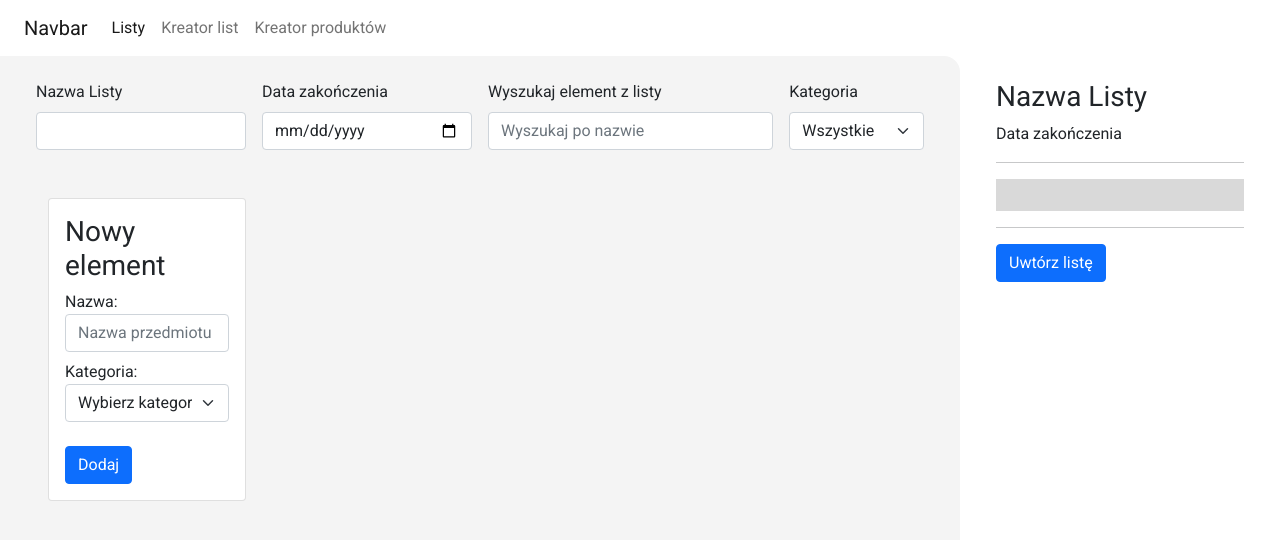
Repository: alphatra/Task-menager
Page: http://localhost/php/src/views/createList.php
An editor plug-in stored every save of this project. The page is shown before and after the next save, followed by the edit.
The browser window is 1280 px wide. The pictures show the whole page.
The page is run by PHP 8.4 with error messages shown; the project is at /var/www/html/. Queries for data that is not in the repository find no rows.

Above is the page before, as saved 2023-02-11 17:06:09.

### php/src/views/createList.php
<!DOCTYPE html>
<html lang="en">
<head>
    <meta charset="UTF-8">
    <meta http-equiv="X-UA-Compatible" content="IE=edge">
    <meta name="viewport" content="width=device-width, initial-scale=1.0">
    <title>Document</title>
    <script src="https://ajax.googleapis.com/ajax/libs/jquery/3.6.1/jquery.min.js"></script>
    <link href="https://cdn.jsdelivr.net/npm/bootstrap@5.0.2/dist/css/bootstrap.min.css" rel="stylesheet" integrity="sha384-EVSTQN3/azprG1Anm3QDgpJLIm9Nao0Yz1ztcQTwFspd3yD65VohhpuuCOmLASjC" crossorigin="anonymous">
    <script src="https://cdn.jsdelivr.net/npm/@popperjs/core@2.9.2/dist/umd/popper.min.js" integrity="sha384-IQsoLXl5PILFhosVNubq5LC7Qb9DXgDA9i+tQ8Zj3iwWAwPtgFTxbJ8NT4GN1R8p" crossorigin="anonymous"></script>
    <script src="https://cdn.jsdelivr.net/npm/bootstrap@5.0.2/dist/js/bootstrap.min.js" integrity="sha384-cVKIPhGWiC2Al4u+LWgxfKTRIcfu0JTxR+EQDz/bgldoEyl4H0zUF0QKbrJ0EcQF" crossorigin="anonymous"></script>
    <script>
        const catergories = {
            1: 'Elektronika',
            2: 'Meble',
            3: 'Kosmetyki',
            4: 'Jedzenie',
            5: 'Ubrania',
            6: 'Zabawki',
            7: 'Sport',
            8: 'Książki',
            9: 'Narzędzia',
            10: 'RTV'
        }

        console.log(catergories);
        $(document).ready(function() {
            const select = $('select');
            $.each(catergories, function(i, item) {
                $('select').append($("<option>", {
                    value: item,
                    text: item
                }))
                $('select').append($("<option>", {
                    value: item,
                    text: item
                }))
            });
            let _dataItems = [];
            let private_item = $(`<div class="col-xl-3 col-lg-4 col-md-6 col-12 mb-4">
                        <div class="card">
                            <div class="card-body">
                                <h3 class="card-title">Nowy element</h3>
                                Nazwa:
                                <input type="text" class="form-control mb-2" id="priv_item" placeholder="Nazwa przedmiotu">
                                Kategoria: <select id="inputState" class="form-select">
                                    <option selected>Wybierz kategorię</option>

                                    </select>
                                <input class="btn btn-primary mt-4" id="add_tolist" type="button" value="Dodaj">
                            </div>
                        </div>
                    </div>`);
    let loadData = (param,_category) => {
        $.ajax({
            url: '../controller.php',
            dataType: 'json',
            method: 'POST',
            data:{tablename:"products", search: param, category:_category},
            beforeSend: function() {
                $("#loading-image").show();
             },
            success: function(data) {
                console.log(data);
                let content = $('#objects').empty()
                content.append(private_item)
                let dataItems = JSON.parse(JSON.stringify(data))
                _dataItems = data
                dataItems = dataItems.map((item) => {
                    return $(`
                    <div class="col-lg-3 col-md-5 col-sm-5 mb-4">
      <div class="card">
        <div class="card-header img-atas" style="background-image: url('https://picsum.photos/300/100'); background-position: 50% 10%;">
        </div>
        <div class="card-body">
          <div class="row">
            <h5>${item.product_name}</h5>
          </div>
          <div class="row">
            <h6 class="text-secondary">${catergories[item.category_id]}</h6>
          </div>
          <div class="row">
            <div class="d-flex justify-content-between">
              <p class="text-primary">${item.product_description.substring(0, 29)}</p>
              <p class="text-warning">
		<input class="btn btn-primary" id="add_tolist" type="button" value="Dodaj" data-product-id="${item.id_product}" data-product-name="${item.product_name}" data-product-quantity="1">
		</p>
            </div>
          </div>
        </div>
      </div>
    </div>
                    `)
                })
                content.append(dataItems)

            },
            error: function (jqXHR, exception){
                console.log(jqXHR, exception);

            }
        })

    }
    let createList_Ajax = (param) =>{
        $.ajax({
            url: '../controller_1.php',
            method: 'POST',
            data:{data: param},
            cache: false,
            success: function(data) {
                console.log(data);
            },
            error: function (xhr, status, error){
                console.log(status);

            }
        })
    }
    let createListItems_Ajax = (param) =>{
        $.ajax({
            url: '../controller_1.php',
            method: 'POST',
            data:{data: param},
            cache: false,
            success: function(data) {
                console.log(data);
            },
            error: function (xhr, status, error){
                console.log(status);

            }
        })
    }

    loadData()

    $("#searchItem, select").on("keyup change", function() {
        let inputVal = $("#searchItem").val();
        let selectVal = $("select").val();
        if (inputVal.length > 0 || selectVal > 0) {
            inputVal = inputVal.length == 0 ? '' : inputVal;
            selectVal = selectVal == 0 ? '' : selectVal;
            loadData(inputVal, selectVal);
        } else {
            loadData();
        }
    });
    let products = {product_id:[],product_title:[],qty:[]};
    let list = {
            list_name: '',
            end_date: '',
            products: [products]
        };

    let add_products = (id, title, quantity) => {
        if (!checkIfExists(id)) {
            products.product_id.push(id);
            products.product_title.push(title);
            products.qty.push(quantity);
        }
    }

    let checkIfExists = (id) => {
        for (let i = 0; i < products.product_id.length; i++) {
            if (products.product_id[i] === id) {
                return true;
            }
        }
        return false;
    }

    let searchedProduct = (_id) =>{
        let found =  _dataItems.find(e => e.id_product == _id)
        return found.product_name
    }

    let generateContent = (_item,_qty) => {
        let content = $('#list_elements')
        content.empty()
        console.log(_qty);
        let listItems = _item.map((item) => {
            return $(`
            <h5>${searchedProduct(+item)}</h5>
            <input type="number" id="qty" value="1" class="form-control form-icon-trailing" />
            `)})
        content.append(listItems)
    }

    let crateList = () => {
        if(list.list_name != '' || list.end_date != '' || products.product_id.length != 0){
            console.log(list);
            createList_Ajax(list)
        }
    }
    $(document).on("click", "#add_tolist", function() {
        //console.log(list);
        //console.log(+this.name);
        //console.log(searchedProduct(+this.name));
        var productId = $(this).data('product-id');
        var productName = $(this).data('product-name');
        var productQuantity = $(this).data('product-quantity');

        console.log("Id produktu: " + productId);
        console.log("Nazwa produktu: " + productName);
        console.log("Ilość produktu: " + productQuantity);
        // Obsługa okienka modalnego z bootstrapa
        var myModal = new bootstrap.Modal(document.getElementById("exampleModal"))
        if(list.list_name == '' || list.end_date == ''){
            myModal.show()
            $(document).on("click", ".btn-secondary", function() {
                myModal.hide()
            })
            if (list.list_name == '') {
                $("#listName").addClass("is-invalid")
            }else{
                $("#listName").removeClass("is-invalid")
            }
            if (list.end_date == '') {
                $("#endDate").addClass("is-invalid")
            }else{
                $("#endDate").removeClass("is-invalid")
            }
            //console.log("Nie",list)
        }else{
            add_products(productId, productName, productQuantity);
            generateContent(list.products['product_id'],list.products['qty'])
            $("#listName, #endDate").removeClass("is-invalid")
            //console.log("Tak",list);
        }
    });
    $(document).on("click", "#crateList_button", function() {
        console.log(crateList());
    });
    $("#listName, #endDate").on("keyup change",function(){
        list = {
            list_name: $("#listName").val(),
            end_date: $("#endDate").val(),
            products: products
        }
        $("#list_name").text($("#listName").val());
        $("#end_date").text($("#endDate").val());
    });
})

    </script>
    <link rel="stylesheet" href="../assets/style.css">
</head>
<body>
    <!-- Modal -->
    <div class="modal fade" id="exampleModal" tabindex="-1" role="dialog" aria-labelledby="exampleModalLabel" aria-hidden="true">
        <div class="modal-dialog">
            <div class="modal-content">
                <div class="modal-header">
                    <h5 class="modal-title" id="exampleModalLabel">Uwaga!</h5>
                    <button type="button" class="btn-close" data-dismiss="modal" aria-label="Zamknij"></button>
                </div>
                <div class="modal-body">
                    Nie wypełniłeś wszystkich pól!
                </div>
                <div class="modal-footer">
                    <button type="button" class="btn btn-secondary" data-dismiss="modal">Zamknij</button>
                </div>
            </div>
        </div>
    </div>

    <div class="container-fluid">
        <nav class="navbar navbar-expand-lg navbar-light ">
            <div class="container-fluid">
                <a class="navbar-brand" href="#">Navbar</a>
                <button class="navbar-toggler" type="button" data-bs-toggle="collapse" data-bs-target="#navbarNav" aria-controls="navbarNav" aria-expanded="false" aria-label="Toggle navigation">
                    <span class="navbar-toggler-icon"></span>
                </button>
                <div class="collapse navbar-collapse" id="navbarNav">
                    <ul class="navbar-nav">
                        <li class="nav-item">
                            <a class="nav-link active" href="/">Listy</a>
                        </li>
                        <li class="nav-item">
                            <a class="nav-link" aria-current="page" href="views/createList.php">Kreator list</a>
                        </li>
                        <li class="nav-item">
                            <a class="nav-link" href="views/createProduct.php">Kreator produktów</a>
                        </li>
                    </ul>
                </div>
            </div>
        </nav>
        <div class="row">
            <div class="col-lg-9" style="background-color: #F4F4F4; border-top-right-radius: 1rem">
                <div class="container py-4 px-4">
                <form class="row g-3 needs-validation" novalidate>
                    <div id="listName_" class="col-md-3">
                        <label for="listName" class="form-label">Nazwa Listy</label>
                        <input type="text" class="form-control" id="listName" required>
                        <div class="invalid-feedback">
                            Podaj nazwę listy!
                        </div>
                    </div>
                    <div id="endDate_" class="col-md-3">
                        <label for="endDate" class="form-label">Data zakończenia</label>
                        <input type="date" class="form-control" id="endDate" required>
                        <div class="invalid-feedback">
                            Podaj nazwę listy!
                        </div>
                    </div>
                    <div id="searchItem_" class="col-md-4">
                        <label for="searchItem" class="form-label">Wyszukaj element z listy</label>
                        <input type="search" class="form-control" id="searchItem" aria-label="Search" placeholder="Wyszukaj po nazwie">
                    </div>
                    <div class="col-md-2">
                        <label for="inputState" class="form-label">Kategoria</label>
                        <select id="inputState" class="form-select">
                            <option selected value="0">Wszystkie</option>

                        </select>
                    </div>
                </form>
                <div id="objects" class="row m-0 mt-5"></div>
                </div>
            </div>
            <div class="col-lg-3">
                <div class="container pt-4">
                <h3 id="list_name">Nazwa Listy</h3>
                <span id="end_date">Data zakończenia</span>
                <hr class="hr1" />
                <div id="list_elements" class="px-3 py-3" style="background-color:#D9D9D9"></div>
                <hr class="hr1" />
                <button type="submit" id="crateList_button" class="btn btn-primary">Uwtórz listę</button>
                </div>
            </div>
        </div>
    </div>
</body>
</html>

### php/src/controller.php
<?php
session_start();
require_once('./model/CRUD.php');


$db = new db();
$_tablename = $_POST['tablename'];
if(isset($_POST['search'])){
    $search = $_POST['search'];
    $result = $db->searchData($_tablename,$search,'');
    if(isset($_POST['category'])){
        $_category = $_POST['category'];
        $result = $db->searchData($_tablename,$search,$_category);
    }
    echo $result;
}else{
    echo $db->getData($_tablename);
}
?>

### php/src/model/CRUD.php
<?php
class db{
    private $conn;
    public $servername;
    public $username;
    public $password;
    public $database;
    public $tablename;

    public function __construct($host="db", $database="mydb",
                                $username="root", $password="root"){
        $this->host = $host;
        $this->database = $database;
        $this->username = $username;
        $this->password = $password;

        try {
            // Tworzenie połączenia
            $this->conn = new mysqli($host, $username, $password, $database);
        } catch (Exception $e) {
            // Sprawdzanie połączenia
            die("Connection failed: " . mysqli_connect_error());

        }

        return $this->conn;
    }

    // Wyświetlanie list z bazy danych
    public function getData($tablename){
        $this->tablename = $tablename;
        $query = "SELECT * FROM $this->tablename";
        $result = mysqli_query($this->conn, $query);
        $result = mysqli_fetch_all($result, MYSQLI_ASSOC);

        return json_encode($result);
    }

    // Wyświetlanie list z bazy danych wraz z wyszukiwaniem
    public function searchData($tablename, $search, $category){
        $this->tablename = $tablename;
        $this->search = $search;
        $this->category = $category;
        if($tablename == 'products'){
            $query = "SELECT * FROM $this->tablename WHERE product_name LIKE '$this->search%'";
            if($category != ''){
                $query .= " AND category_id = $this->category";
            }
        }else{
            $query = "SELECT * FROM $this->tablename WHERE name LIKE '$this->search%'";
            if($category != ''){
                $query .= " AND category_id = $this->category";
            }
        }
        $result = mysqli_query($this->conn, $query);
        $result = mysqli_fetch_all($result, MYSQLI_ASSOC);

        return json_encode($result);
    }
    /*
    public function searchData($tablename="", $search=""){
        $this->tablename = "list";
        $this->search = "{$search}%";
        $query = "SELECT * FROM $this->tablename WHERE name LIKE ?";
        $stmt = $this->conn->prepare($query);
        $stmt->bind_param("s",$search);
        $stmt->execute();
        $result = $stmt->get_result();

        return json_encode($result->fetch_all(MYSQLI_ASSOC));
    }
    */

    // Dodawanie produktów do bazy danych
    public function createProduct($Param){
        $product_name = $Param[0];
        $product_description = $Param[1];
        $product_image = $Param[2];
        $category_id = $Param[3];
        $query = "INSERT INTO products (product_name, product_description, product_image, category_id)
                    VALUES ('{$product_name}', '{$product_description}', '{$product_image}', '{$category_id}')";

        mysqli_query($this->conn, $query);
    }

    public function fetchData($Data){
        $this->Data = $Data;
        $decoded_json = json_decode($Data, true);
        $product_name = $decoded_json['product_name'];
        $product_description = $decoded_json['product_description'];
        $product_image = $decoded_json['product_image'];
        $category_id = $decoded_json['category_id'];
        return [$product_name, $product_description, $product_image, $category_id];
    }

    public function getMaxId($tablename){
        $this->tablename = $tablename;
        $query = "SELECT MAX( id ) AS `Max_Id` FROM $this->tablename";
        $result = mysqli_query($this->conn, $query);
        $result = mysqli_fetch_all($result, MYSQLI_ASSOC);
        $result = $result[0]['Max_Id'];

        return $result + 1;
    }

    public function getIdList($list_name){
        $this->list_name = $list_name;
        $query = "SELECT id FROM list WHERE name = '$this->list_name'";
        $result = mysqli_query($this->conn, $query);
        $result = mysqli_fetch_all($result, MYSQLI_ASSOC);
        $result = $result[0]['id'];

        return $result;
    }

    public function createList($list_name, $end_date){
        $id = $this->getMaxId('list');
        $this->list_name = $list_name;
        $created_date = date("Y-m-d h:i:s");
        $this->end_date = $end_date;
        $query = "INSERT INTO list (id, name, created_date, end_date) VALUES ('{$id}','{$list_name}','{$created_date}','{$end_date}')";
        mysqli_query($this->conn, $query);
        return $query;
    }

    public function createListItems($qty,$list_name,$id_product){
        $id = $this->getMaxId('list_items');
        $this->qty = $qty;
        $this->list_name = $list_name;
        $list_name = $this->getIdList($list_name);
        $this->id_product = $id_product;

        $query = "INSERT INTO list_items (id, quantity, list_id, id_product) VALUES ('{$id}', '{$this->qty}', '{$list_name}', '{$this->id_product}')";
        mysqli_query($this->conn, $query);
        return $query;
    }

    public function addPrivateItem($item_key, $item_name, $item_category){
        $this->item_key = $item_key;
        $this->item_name = $item_name;
        $this->item_category = $item_category;

        $query = "INSERT INTO private_items (item_key, item_name, category_id) VALUES ('{$item_key}', '{$item_name}', '{$item_category}')";
        mysqli_query($this->conn, $query);
        return $query;
    }
}
?>

### php/src/assets/style.css
@import url('https://fonts.googleapis.com/css2?family=Roboto:ital,wght@0,300;0,400;1,500&display=swap');

body {
    font-family: 'Roboto', sans-serif;
    font-size: 16px;
    line-height: 1.5;
    background-color: white;
    margin: 0;
    padding: 0;
}
.black-border {
    border: 1px solid black;
    padding: 1rem;
}
.img-atas {
    width: auto;
    height: 100px;
    background-repeat: no-repeat;
    background-position: center;
    background-size: cover;
  }

hr {
    margin: 1rem 0;
    color: inherit;
    background-color: currentColor;
    border: 0;
    opacity: 0.25;
  }

After the next save:
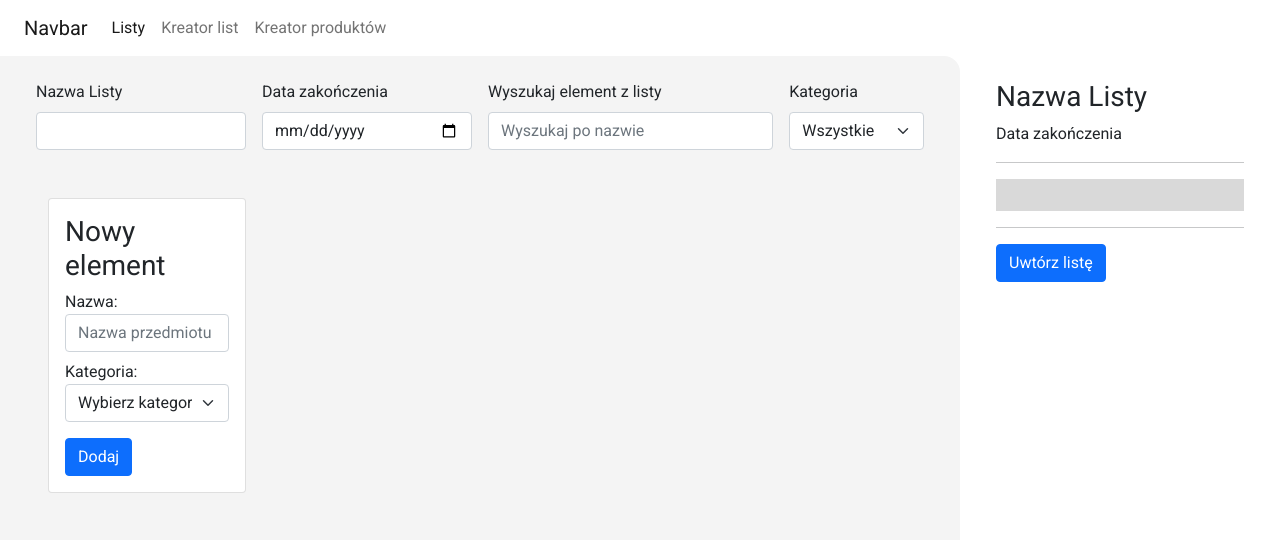
Saved 6 s later.
--- a/php/src/views/createList.php
+++ b/php/src/views/createList.php
@@ -47,7 +47,7 @@
                                     <option selected>Wybierz kategorię</option>
 
                                     </select>
-                                <input class="btn btn-primary mt-4" id="add_tolist" type="button" value="Dodaj">
+                                <input class="btn btn-primary mt-3" id="add_tolist" type="button" value="Dodaj">
                             </div>
                         </div>
                     </div>`);
